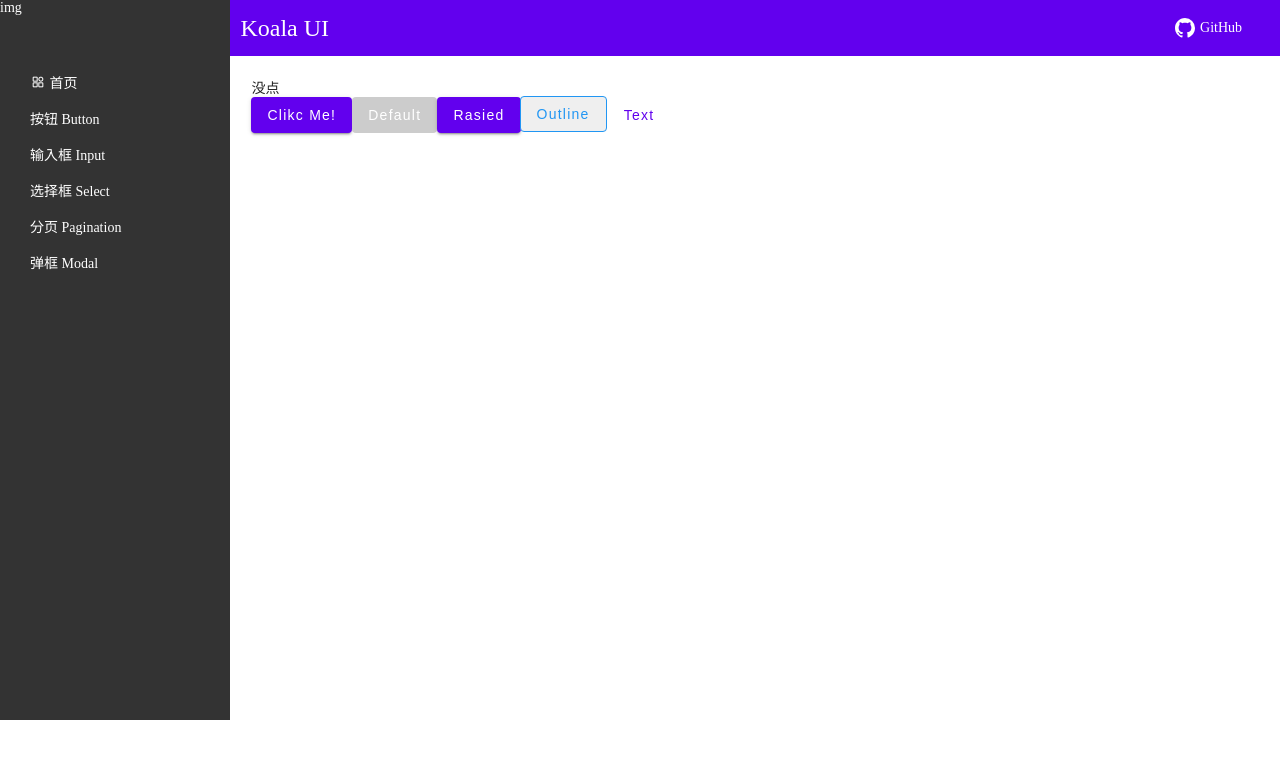
Repository: wyhsunflower/koalaUI
Page: /
The author's editor kept a copy of each file at every save. The page is drawn from the files as they stood at one save, then again after the next save.
The browser window is 1280 px wide. The pictures show the whole page.
The project was rebuilt for these pictures with package versions that can differ from the ones it lists, and the page was loaded fresh each time. Also part of the build but not shown: webpack.config.js, src/components/Modal/Modal.vue. Imported but missing from the stored project, and not drawn on this page: src/views/go/go2.vue.

Above is the page before, as saved 2020-03-15 21:56:08.

After the next save:
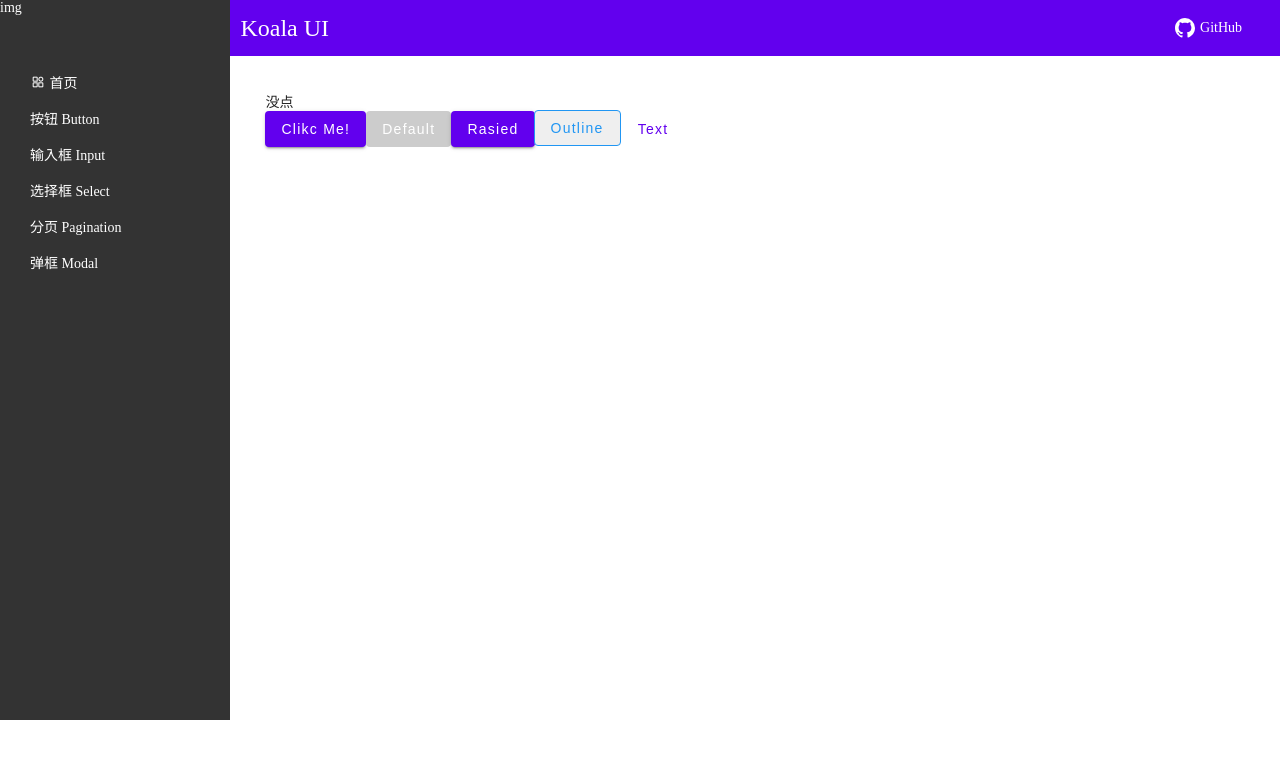
Saved 20 s later.
--- a/src/app.vue
+++ b/src/app.vue
@@ -38,6 +38,6 @@
         .main{
             width: 100%;
             height: 100%;
-            padding:1.5rem;
+            padding:2.5rem;
         }
 </style>
